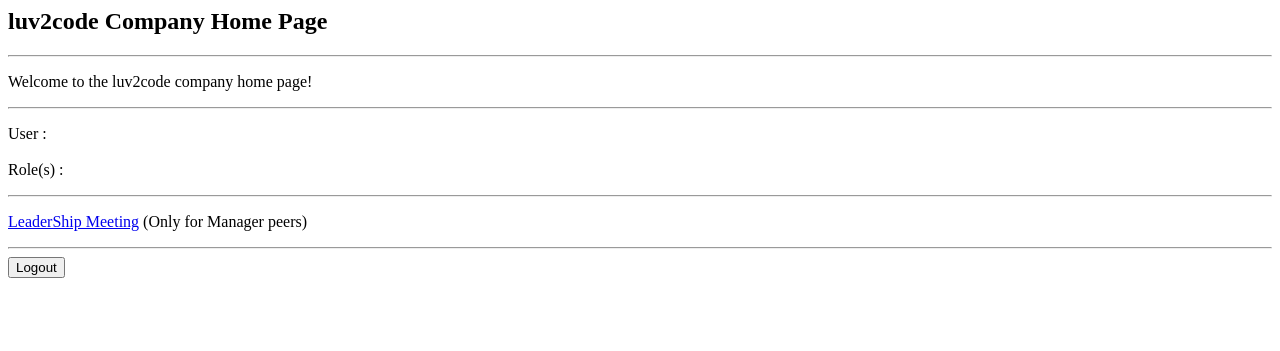
Repository: RKSAHOO4414/spring_basic
Page: http://localhost/spring-security-demo-07-user-roles/WEB-INF/view/home.jsp
An editor plug-in stored every save of this project. The page is shown before and after the next save, followed by the edit.
The browser window is 1280 px wide. The pictures show the whole page.
The page is served by Tomcat 9. Nobody is signed in. Other server files are loaded and not shown. The template is opened directly, without the code that normally fills it, so the values that code supplies are empty.

Above is the page before, as saved 2022-07-22 11:28:52.

### spring-security-demo-07-user-roles/src/main/webapp/WEB-INF/view/home.jsp
<%@ taglib prefix="form" uri="http://www.springframework.org/tags/form" %>
<%@ taglib prefix="security" uri="http://www.springframework.org/security/tags" %>
<%@ taglib prefix="c" uri="http://java.sun.com/jsp/jstl/core" %>

<html>

<head>
	<title>luv2code Company Home Page</title>
</head>

<body>
	<h2>luv2code Company Home Page</h2>
	<hr>

	<p>
		Welcome to the luv2code company home page!
	</p>

	<hr>
	<!-- display user name and role -->
	<p>
		User : <security:authentication property="principal.username"/>
		<br><br>
		Role(s) : <security:authentication property="principal.authorities"/>
	</p>
	<hr>
		<!-- Add a link to point to /leaders ... this is for the managers -->
	<p>
		<a href="${pageContext.request.contextPath}/leaders">LeaderShip Meeting</a>
		(Only for Manager peers)
	</p>

	<hr>
	<!-- Add Logout button -->
	<form:form action="${pageContext.request.contextPath}/logout" method="POST">
		<input type="submit" value="Logout">
	</form:form>

</body>

</html>

After the next save:
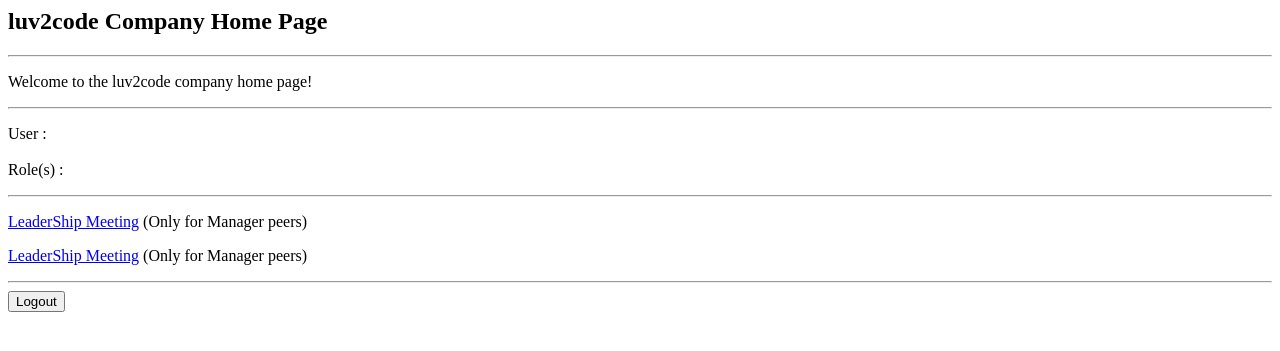
Saved 4 min 27 s later.
--- a/spring-security-demo-07-user-roles/src/main/webapp/WEB-INF/view/home.jsp
+++ b/spring-security-demo-07-user-roles/src/main/webapp/WEB-INF/view/home.jsp
@@ -30,6 +30,13 @@
 		(Only for Manager peers)
 	</p>
 
+	<!-- Add a link to point to /systems ... this is for the admins -->
+
+	<p>
+		<a href="${pageContext.request.contextPath}/systems">LeaderShip Meeting</a>
+		(Only for Manager peers)
+	</p>
+
 	<hr>
 	<!-- Add Logout button -->
 	<form:form action="${pageContext.request.contextPath}/logout" method="POST">
